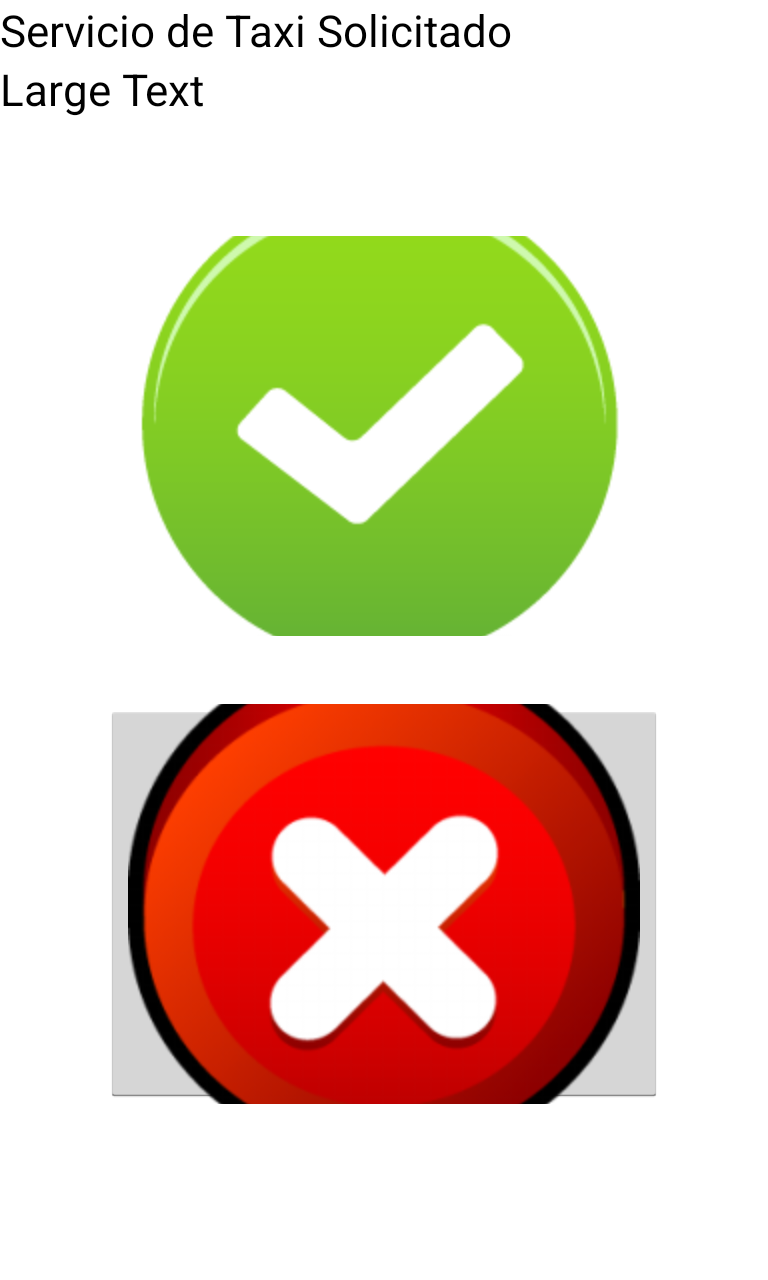
Repository: fernandohur/moviles
Layout: ClienteTaxista/res/layout/activity_confirmar_servicio.xml
An editor plug-in stored every save of this project. The layout is shown before and after the next save, followed by the edit.
It is drawn on a 768 x 1280 px phone screen (xhdpi) without system bars, with theme AppTheme; the app's code is not run.

Above is the layout before, as saved 2013-03-07 14:28:28.

### ClienteTaxista/res/layout/activity_confirmar_servicio.xml
<RelativeLayout xmlns:android="http://schemas.android.com/apk/res/android"
    xmlns:tools="http://schemas.android.com/tools"
    android:layout_width="match_parent"
    android:layout_height="match_parent"
    tools:context=".ConfirmarServicioActivity" >

    <TextView
        android:id="@+id/textView1"
        android:layout_width="wrap_content"
        android:layout_height="wrap_content"
        android:layout_alignParentLeft="true"
        android:layout_alignParentTop="true"
        android:text="Servicio de Taxi Solicitado"
        android:textAppearance="?android:attr/textAppearanceLarge" />

    <TextView
        android:id="@+id/txtDireccion"
        android:layout_width="wrap_content"
        android:layout_height="wrap_content"
        android:layout_alignParentLeft="true"
        android:layout_below="@+id/textView1"
        android:text="Large Text"
        android:textAppearance="?android:attr/textAppearanceLarge" />

    <ImageButton
        android:id="@+id/imageButton2"
        android:layout_width="wrap_content"
        android:layout_height="200dp"
        android:layout_alignParentBottom="true"
        android:layout_centerHorizontal="true"
        android:layout_marginBottom="88dp"
        android:src="@drawable/cancelbutton" />

    <ImageButton
        android:id="@+id/imageButton1"
        android:layout_width="wrap_content"
        android:layout_height="200dp"
        android:layout_below="@+id/txtDireccion"
        android:layout_centerHorizontal="true"
        android:layout_marginTop="59dp"
        android:background="#FFFFFF"
        android:src="@drawable/okbutton" />

</RelativeLayout>

Loaded but not shown: ClienteTaxista/res/values/styles.xml (common file); ClienteTaxista/res/values-v11/styles.xml (common file); ClienteTaxista/res/values-v14/styles.xml (common file)

After the next save:
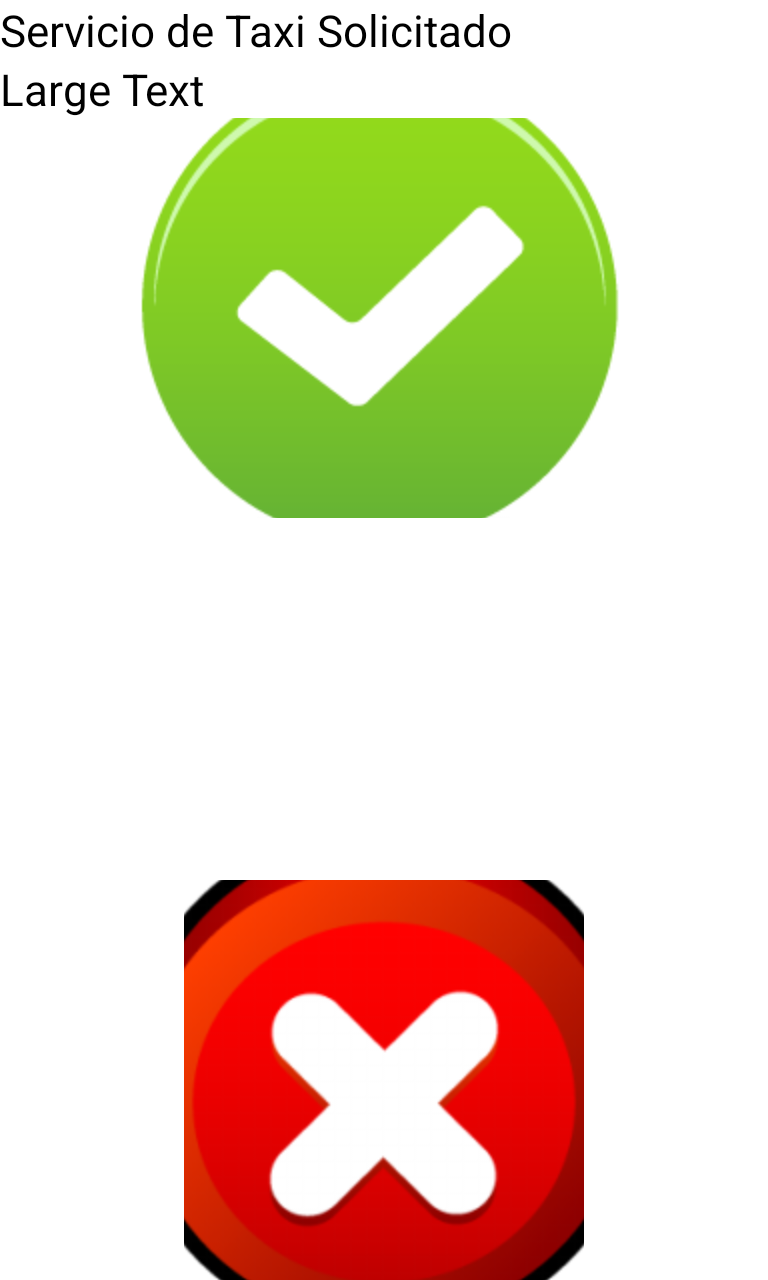
Saved 88 s later.
--- a/ClienteTaxista/res/layout/activity_confirmar_servicio.xml
+++ b/ClienteTaxista/res/layout/activity_confirmar_servicio.xml
@@ -23,22 +23,24 @@
         android:textAppearance="?android:attr/textAppearanceLarge" />
 
     <ImageButton
-        android:id="@+id/imageButton2"
-        android:layout_width="wrap_content"
-        android:layout_height="200dp"
-        android:layout_alignParentBottom="true"
-        android:layout_centerHorizontal="true"
-        android:layout_marginBottom="88dp"
-        android:src="@drawable/cancelbutton" />
-
-    <ImageButton
         android:id="@+id/imageButton1"
         android:layout_width="wrap_content"
         android:layout_height="200dp"
         android:layout_below="@+id/txtDireccion"
         android:layout_centerHorizontal="true"
-        android:layout_marginTop="59dp"
         android:background="#FFFFFF"
         android:src="@drawable/okbutton" />
 
+    <ImageButton
+        android:id="@+id/imageButton2"
+        android:layout_width="200dp"
+        android:layout_height="200dp"
+        android:layout_alignParentBottom="true"
+        android:layout_centerHorizontal="true"
+        android:background="#FFFFFF"
+        android:cropToPadding="false"
+        android:maxHeight="200dp"
+        android:maxWidth="200dp"
+        android:src="@drawable/cancelbutton" />
+
 </RelativeLayout>
